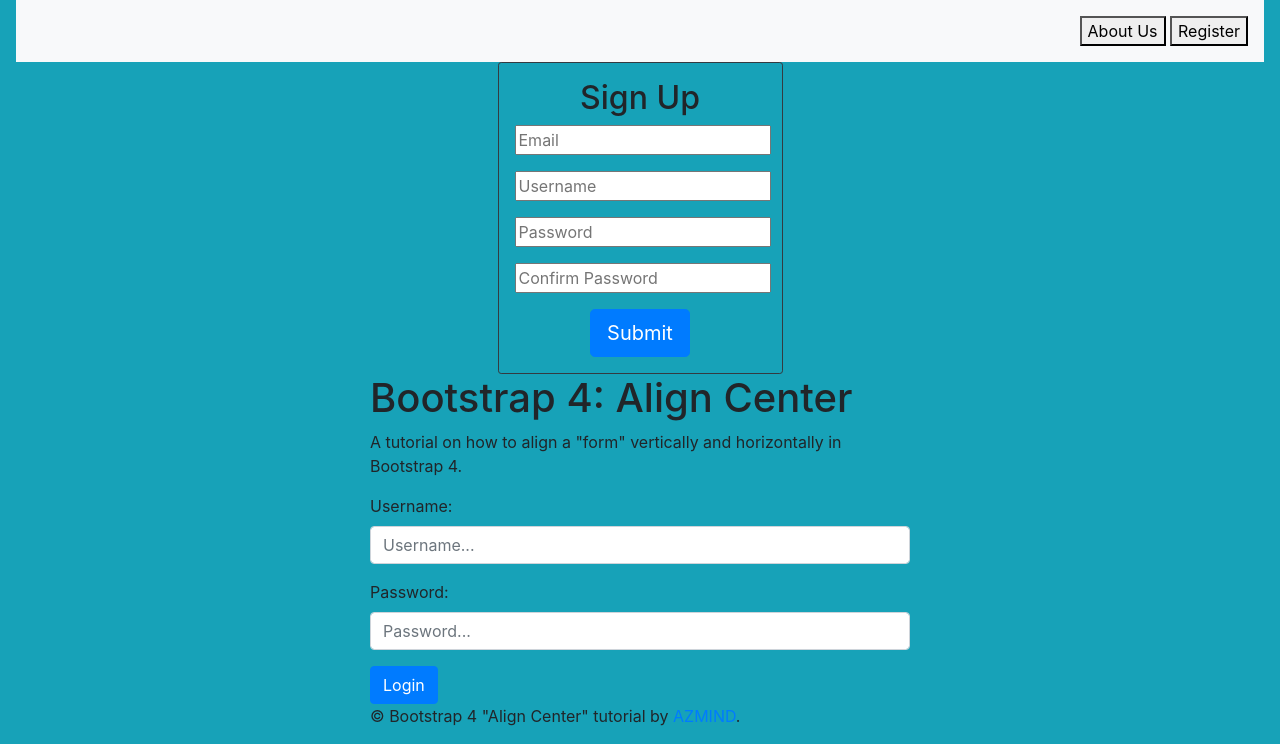
Repository: rodwestmoreland/1150
Page: registrationForm/index.html
These files come from the project's save history. The page is drawn as it stood at one moment and after the next save; the edit follows.
The browser window is 1280 px wide. The pictures show the whole page.

Above is the page before, as saved 2021-01-25 14:52:11.

### registrationForm/index.html
<!DOCTYPE html>
<html lang="en">
<head>
    <meta charset="UTF-8">
    <meta name="viewport" content="width=device-width, initial-scale=1.0,  shrink-to-fit=no">
    <title>Registration</title>
    <link rel="stylesheet" href="https://stackpath.bootstrapcdn.com/bootstrap/4.3.1/css/bootstrap.min.css" integrity="sha384-ggOyR0iXCbMQv3Xipma34MD+dH/1fQ784/j6cY/iJTQUOhcWr7x9JvoRxT2MZw1T" crossorigin="anonymous">
    <link rel="stylesheet" href="style.css">

</head>
<nav class="bg-light p-3 ml-3 mr-3 text-right">
    <button>About Us    </button>
    <button>Register    </button>
</nav>
<body class="bg-info">

    <div class="container h-100">
    <div class="row h-100 justify-content-center align-items-center  ">

    <form class="bg-info m-auto text-center border w-25 p-3 border-dark rounded-sm ">



        <h2>Sign Up</h2>

    <div class="form-group">
        <input type="text" id="email"    placeholder="Email">

    </div>

    <div class="form-group">
        <input type="text" id="username" placeholder="Username">

    </div>
    <div class="form-group">

        <input type="text" id="password" placeholder="Password">
    </div>

    <div class="form-group">

        <input type="text" id="confirm"  placeholder="Confirm Password">
    </div>
            <button type="submit" class="btn btn-primary btn-lg" name="Submit">Submit</button>
    </div>

    </form>

</div>
</div>

<div class="container h-100">
    <div class="row h-100 justify-content-center align-items-center">
        <div class="col-10 col-md-8 col-lg-6">
            <!-- Form -->
            <form class="form-example" action="" method="post">
                <h1>Bootstrap 4: Align Center</h1>
                <p class="description">A tutorial on how to align a "form" vertically and horizontally in Bootstrap 4.</p>
                <!-- Input fields -->
                <div class="form-group">
                    <label for="username">Username:</label>
                    <input type="text" class="form-control username" id="username" placeholder="Username..." name="username">
                </div>
                <div class="form-group">
                    <label for="password">Password:</label>
                    <input type="password" class="form-control password" id="password" placeholder="Password..." name="password">
                </div>
                <button type="submit" class="btn btn-primary btn-customized">Login</button>
                <!-- End input fields -->
                <p class="copyright">&copy; Bootstrap 4 "Align Center" tutorial by <a href="https://azmind.com">AZMIND</a>.</p>
            </form>
            <!-- Form end -->
        </div>
    </div>
</div>

    <script src="https://code.jquery.com/jquery-3.3.1.slim.min.js" integrity="sha384-q8i/X+965DzO0rT7abK41JStQIAqVgRVzpbzo5smXKp4YfRvH+8abtTE1Pi6jizo" crossorigin="anonymous"></script>
    <script src="https://cdnjs.cloudflare.com/ajax/libs/popper.js/1.14.7/umd/popper.min.js" integrity="sha384-UO2eT0CpHqdSJQ6hJty5KVphtPhzWj9WO1clHTMGa3JDZwrnQq4sF86dIHNDz0W1" crossorigin="anonymous"></script>
    <script src="https://stackpath.bootstrapcdn.com/bootstrap/4.3.1/js/bootstrap.min.js" integrity="sha384-JjSmVgyd0p3pXB1rRibZUAYoIIy6OrQ6VrjIEaFf/nJGzIxFDsf4x0xIM+B07jRM" crossorigin="anonymous"></script>
  </body>
</body>
</html>

Loaded but not shown: registrationForm/style.css (no stored copy; drawn as an empty file)

After the next save:
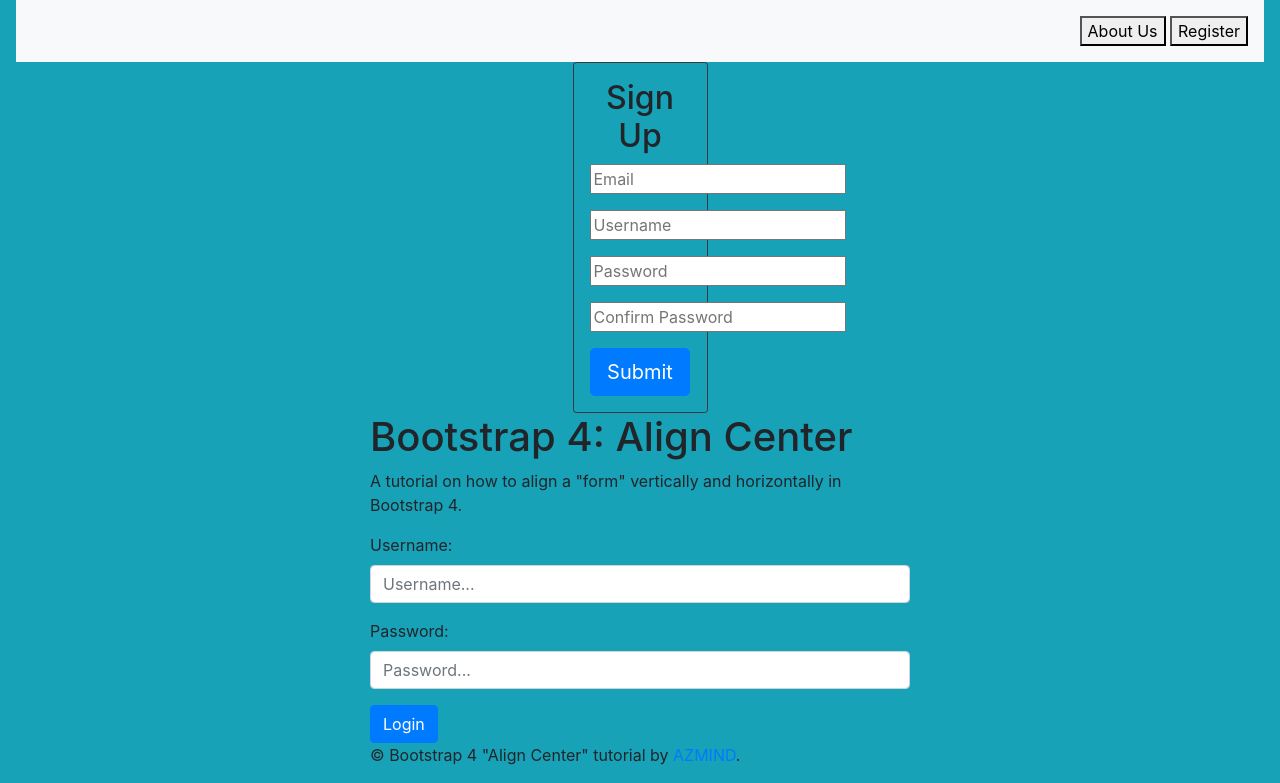
Saved 95 s later.
--- a/registrationForm/index.html
+++ b/registrationForm/index.html
@@ -16,6 +16,7 @@
 
     <div class="container h-100">
     <div class="row h-100 justify-content-center align-items-center  ">
+        <div class="col-10 col-md-8 col-lg-6">
 
     <form class="bg-info m-auto text-center border w-25 p-3 border-dark rounded-sm ">
 
@@ -45,7 +46,8 @@
     </div>
 
     </form>
-
+    </div>
+    </div>
 </div>
 </div>
 
